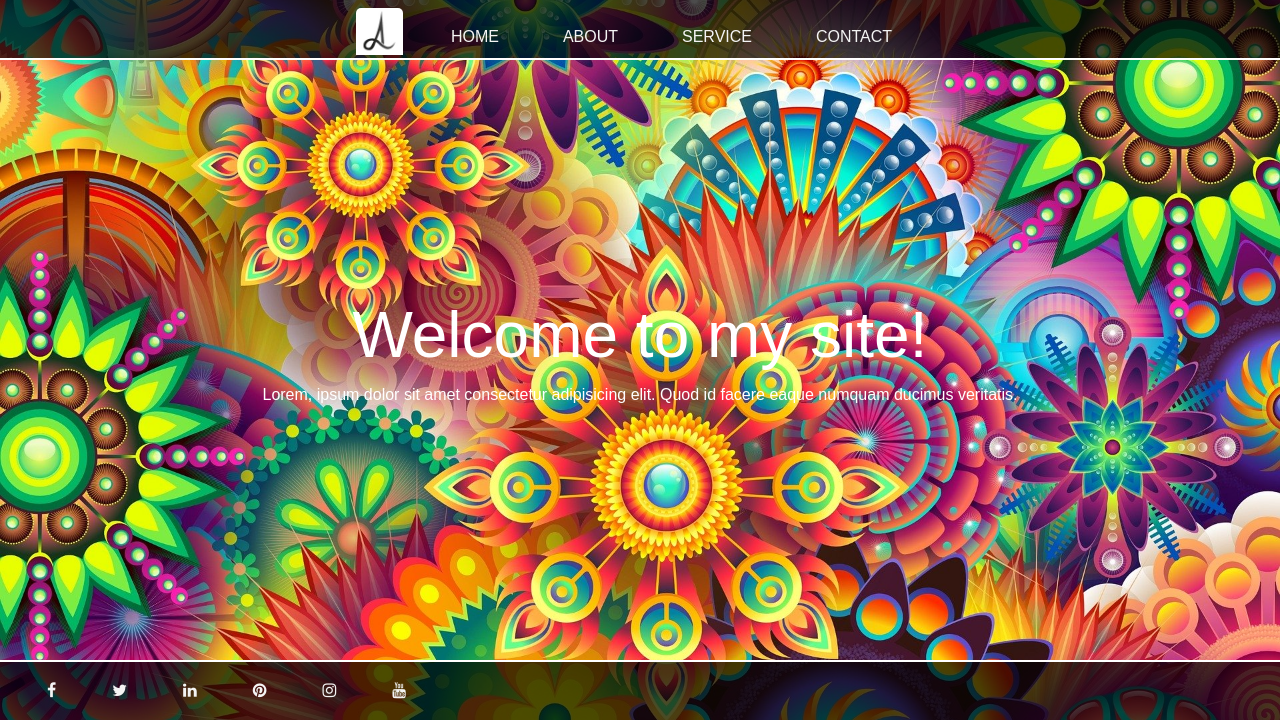
Repository: lemon-squeezy/milestone-project-1
Page: index.html
The author's editor kept a record of every edit. The page is drawn from the files as they stood at one moment, then again after the next edit.
The browser window is 1280 px wide. The pictures show the whole page.
An inner scrolling area shows only its first screen. Some web libraries are served in a nearby version.

Above is the page before.

### index.html
<!DOCTYPE html>
<html lang="en">
<head>
    <meta charset="UTF-8">
    <meta name="viewport" content="width=device-width, initial-scale=1.0">
    <title>Smooth Scroll Landing Page</title>
        <link rel="stylesheet" href="https://maxcdn.bootstrapcdn.com/bootstrap/4.2.1/css/bootstrap.min.css" type="text/css" />
    <link rel="stylesheet" href="https://maxcdn.bootstrapcdn.com/font-awesome/4.7.0/css/font-awesome.min.css" type="text/css" />
    <link rel="stylesheet" href="https://cdnjs.cloudflare.com/ajax/libs/hover.css/2.1.1/css/hover-min.css" type="text/css" />
    <link rel="stylesheet" href="style.css">
</head>
<body>
    <div class="row container-fluid no-gutters">
        <nav class="navbar">
            <ul>
                <div class="navbar-brand"><a href="#home"></a></div>
                <li><a href="#home">Home</a></li>
                <li><a href="#about">About</a></li>
                <li><a href="#service">Service</a></li>
                <li><a href="#contact">Contact</a></li>
            </ul>
        </nav>
        <section id="home"class="row no-gutters">
            <h1>Welcome to my site!</h1>
            <p>Lorem, ipsum dolor sit amet consectetur adipisicing elit. Quod id facere eaque numquam ducimus veritatis.</p>
        </section>
        <section id="about"class="row no-gutters">
            <h1>About!</h1>
            <p>Lorem, ipsum dolor sit amet consectetur adipisicing elit. Quod id facere eaque numquam ducimus veritatis.</p>
        </section>
        <section id="service"class="row no-gutters">
            <h1>Service</h1>
            <p>Lorem, ipsum dolor sit amet consectetur adipisicing elit. Quod id facere eaque numquam ducimus veritatis.</p>
        </section>
        <section id="contact"class="row no-gutters">
            <h1>Contact</h1>
            <p>Lorem, ipsum dolor sit amet consectetur adipisicing elit. Quod id facere eaque numquam ducimus veritatis.</p>
        </section>
        <footer class="footer">
            <div class="footerbar col-12">
            <ul class="list-inline social-links">
                    <li class="list-inline-item">
                        <a target="_blank" href="#">
                            <i class="fa fa-facebook" aria-hidden="true"></i>
                            <span class="sr-only">Facebook</span>
                        </a>
                    </li>
                    <li class="list-inline-item">
                        <a target="_blank" href="#">
                            <i class="fa fa-twitter" aria-hidden="true"></i>
                            <span class="sr-only">Twitter</span>
                        </a>
                    </li>
                    <li class="list-inline-item">
                        <a target="_blank" href="#">
                            <i class="fa fa-linkedin" aria-hidden="true"></i>
                            <span class="sr-only">LinkedIn</span>
                        </a>
                    </li>
                    <li class="list-inline-item">
                        <a target="_blank" href="#">
                            <i class="fa fa-pinterest" aria-hidden="true"></i>
                            <span class="sr-only">Pinterest</span>
                        </a>
                    </li>
                    <li class="list-inline-item">
                        <a target="_blank" href="#">
                            <i class="fa fa-instagram" aria-hidden="true"></i>
                            <span class="sr-only">Instagram</span>
                        </a>
                    </li>
                    <li class="list-inline-item">
                        <a target="_blank" href="#">
                            <i class="fa fa-youtube" aria-hidden="true"></i>
                            <span class="sr-only">YouTube</span>
                        </a>
                    </li>
                </ul>
        </nav>
        </footer>
    </div>

</body>
</html>

### style.css
* {
    margin: 0;
    padding: 0;
  }

  body {
    font-family: Arial, Helvetica, sans-serif;
    background: #333;
    color: #fff;
    height: 100vh;
    line-height: 1.6;
    overflow: hidden;
    margin: 0;
  }

  .container-fluid {
    width: 100%;
    height: 100%;
    /* CSS Smooth Scroll */
    overflow-y: scroll;
    scroll-behavior: smooth;
    scroll-snap-type: y mandatory;
    margin: 0;
    padding: 0;
  }

  .lead {
    font-size: 1.5rem;
  }
  .navbar {
    position: fixed;
    top: 0;
    z-index: 1;
    display: flex;
    width: 100%;
    height: 60px;
    background: rgba(0,0,0,0.7);
    border-bottom: 2px solid #FFF;
  }
  .navbar-brand {
    top: 0;
    left:0;
    position: relative;
    background: url(images/Logo.jpg);
    width: 47px;
    background-size: contain;
    background-repeat: no-repeat;
    border-radius: 5px;
}

  .navbar ul {
    display: flex;
    list-style: none;
    width: 100%;
    justify-content: center;
  }

  .navbar ul li {
    margin: 0 1rem;
    padding: 1rem;
  }

  .navbar ul li a {
    text-decoration: none;
    text-transform: uppercase;
    color: #f4f4f4;
  }

  .navbar ul li a:hover {
    color: skyblue;
  }

  section {
    display: flex;
    flex-direction: column;
    align-items: center;
    justify-content: center;
    text-align: center;
    width: 100%;
    height: 100vh;

    /* Scroll Snap */
    scroll-snap-align: center;
  }

  section h1 {
    font-size: 4rem;
  }

  /* Section Images */
  section#home {
    background: url('images/psychedelic.jpg') no-repeat center center/cover;;
  }

  section#about {
    background: url('images/colour-bg1.jpg') no-repeat center center/cover;;
  }

  section#service {
    background: url('images/colour-bg2.jpg') no-repeat center center/cover;;
  }

  section#contact {
    background: url('https://source.unsplash.com/2aAHlfDOhJM/1600x900') no-repeat center center/cover;;
  }

  footer {
    position: fixed;
    bottom: 0;
    z-index: 1;
    display: flex;
    width: 100%;
    height: 60px;
    background: rgba(0,0,0,0.7);
    border-top: 2px solid #FFF;
  }

    .footerbar ul {
    display: flex;
    list-style: none;
    width: 100%;
  }

  .footerbar ul li {
    margin: 0 1rem;
    padding: 1rem;
  }

  .footerbar ul li a {
    text-decoration: none;
    text-transform: uppercase;
    color: #f4f4f4;
  }

  .footerbar ul li a:hover {
    color: skyblue;
  }

After the next edit:
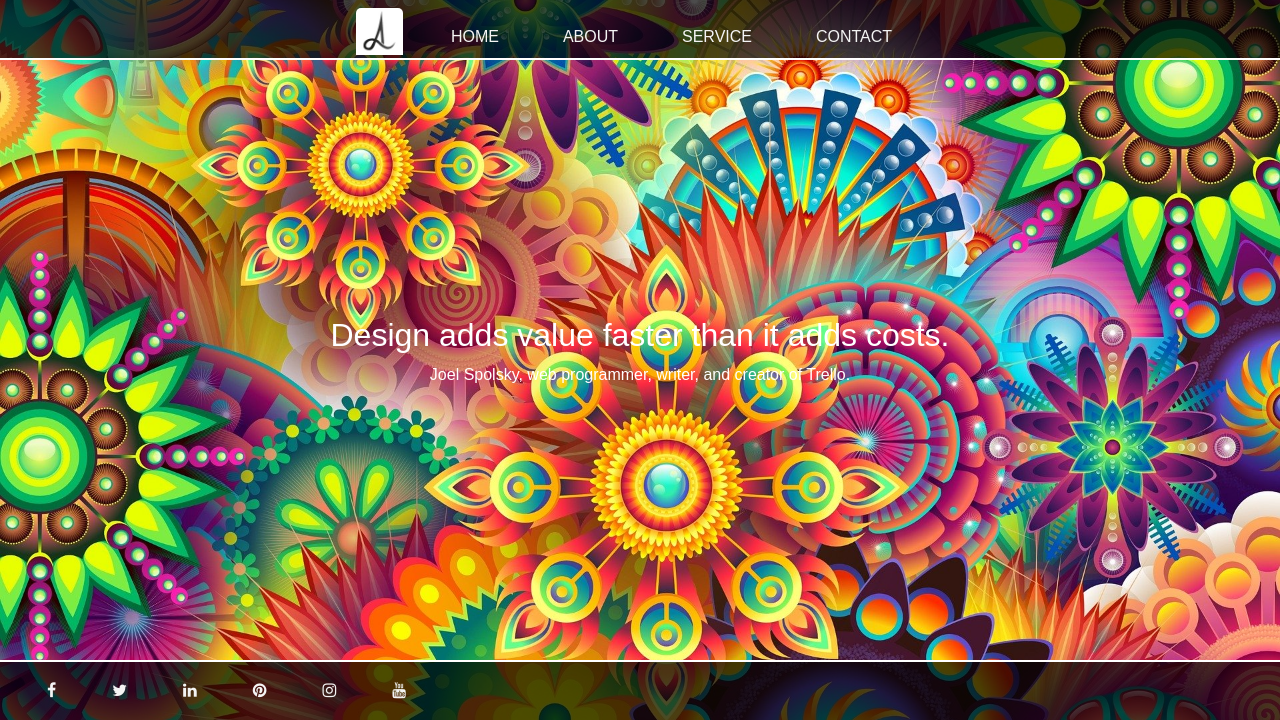
The edit:
--- a/index.html
+++ b/index.html
@@ -21,8 +21,9 @@
             </ul>
         </nav>
         <section id="home"class="row no-gutters">
-            <h1>Welcome to my site!</h1>
-            <p>Lorem, ipsum dolor sit amet consectetur adipisicing elit. Quod id facere eaque numquam ducimus veritatis.</p>
+            <div class="col-md-auto">
+            <h2>Design adds value faster than it adds costs.</h1>
+            <p>Joel Spolsky, web programmer, writer, and creator of Trello.</p>
         </section>
         <section id="about"class="row no-gutters">
             <h1>About!</h1>
